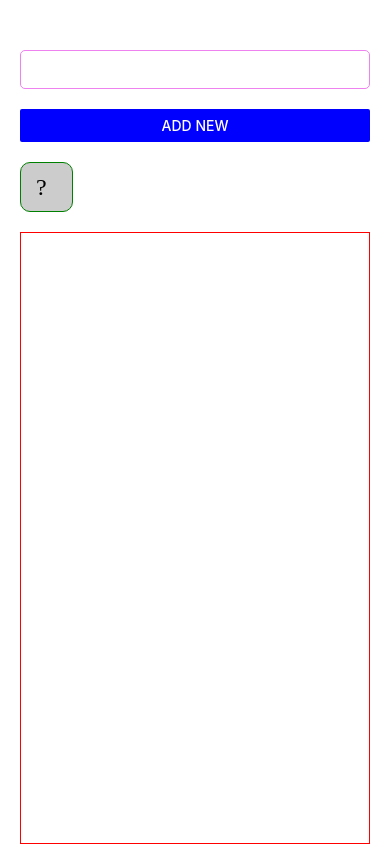
Repository: LuongPTCE181311/React-Native-Ultimate
Screen: /
The author's editor kept a copy of each file at every save. The screen is drawn from the files as they stood at one save, then again after a run of saves.
The app was drawn by React Native's web renderer in a window 390 px wide. The project was rebuilt for these pictures with package versions that can differ from the ones it lists, and the page was loaded fresh each time. Some packages were replaced by stand-ins written for this rebuild.

Above is the screen before, as saved 2026-06-16 15:24:46.

### App.tsx
import { StatusBar } from 'expo-status-bar';
import { use, useState } from 'react';
import { Button, FlatList, Keyboard, ScrollView, StyleSheet, Text, TextInput, TouchableWithoutFeedback, View } from 'react-native';
import InputTodo from './components/todo/input.todo';
import ListTodo from './components/todo/list.todo';




export default function App() {

  const [todoList, setTodoList] = useState<ITodo[]>([]);

  function randomInteger(min: number, max: number){
    return Math.floor(Math.random() * (max - min + 1)) + min;
  }

  const addTodo = (title: string) => {
    const todo = {id: randomInteger(1, 100000000), title: title}
    setTodoList([...todoList, todo])
  }

  const deleteTodo = (id: number) => {
    const newToDo = todoList.filter(todo => todo.id != id)
    setTodoList(newToDo);
  }
  return (
    <TouchableWithoutFeedback onPress={() => Keyboard.dismiss}>
      <View style={styles.container}>

        <InputTodo addTodo={addTodo}/>
        <ListTodo todoList={todoList} deleteTodo={deleteTodo}/>
      </View>
    </TouchableWithoutFeedback>
  );
}

const styles = StyleSheet.create({
  container: {
    flex: 1,
    backgroundColor: '#fff',
    // alignItems: 'center',
    // justifyContent: 'center'
    fontSize: 60,
    color: "red",
    marginTop: 10,
    paddingHorizontal: 20,
    paddingTop: 40,
  },
});

### components/todo/input.todo.tsx
import { useState } from "react";
import { Alert, Button, StyleSheet, Text, TextInput, View } from "react-native";
import AntDesign from '@expo/vector-icons/AntDesign';
import MineButton from "../button/mini.button";
const styles = StyleSheet.create({
    todoInput: {
        borderColor: "violet",
        borderWidth: 1,
        padding: 10,
        marginBottom: 20,
        borderRadius: 5
    }
})

interface IProps {
    addTodo: (v: string) => void;
}

const InputTodo = (props: IProps) => {
    const {addTodo} = props;
    const [name, setName] = useState<string>("");

    const handleAddNewTodo = () => {
        if(!name){
            Alert.alert(
                "invalid information",
                 "title nothing",
                [
                    {
                    text: 'Cancel',
                    onPress: () => console.log('Cancel Pressed'),
                        style: 'cancel',
                    },
                    {text: 'OK', onPress: () => console.log('OK Pressed')},
                ]
                )
            return;
        }
        addTodo(name);
        setName("");
    }
    return (
        <>
            <View style={{marginBottom: 20}}>
                <TextInput
                    // keyboardType='ascii-capable'
                    // multiline={true}
                    autoCapitalize="none"
                    autoCorrect={false}
                    onChangeText={value => setName(value)}
                    value={name}
                    style={styles.todoInput}/>

                <Button title='Add new'
                color={"blue"}
                onPress={handleAddNewTodo}
                />
            </View>
            <MineButton title/>
        </>
    )
}

export default InputTodo;

### components/todo/list.todo.tsx
import { FlatList, StyleSheet, Text, TouchableOpacity } from "react-native";

const styles = StyleSheet.create({
    todo: {
    fontSize: 30,
    backgroundColor: "pink",
    marginBottom: 20,
    padding: 15
  }
})

interface Iprops {
    todoList: ITodo[],
    deleteTodo: (v: number) => void;
}

const ListTodo = (props: Iprops) => {
    const {todoList, deleteTodo} = props;
    return (
        <>
        <FlatList
                style={{
                  marginTop: 20,
                  borderColor: "red",
                  borderWidth: 1,
                }}
                data={todoList}
                keyExtractor={item => item.id + ""}
                renderItem={({item}) => {
                  return (
                    <TouchableOpacity
                      onPress={() => deleteTodo(item.id)}
                    >
                      <Text key={item.id}
                        style={styles.todo}
                        >
                          {item.title}
                      </Text>
                    </TouchableOpacity>
                  )
                }}
              />
        </>
    )
}

export default ListTodo;

### components/button/mini.button.tsx
import { Pressable, StyleSheet, Text, View } from "react-native"
import AntDesign from '@expo/vector-icons/AntDesign';

const styles = StyleSheet.create({
    text: {
        textTransform: "uppercase",
    },
    btnCntainer : {
        borderWidth: 1,
        borderColor: "green",
        borderRadius: 10,
        paddingHorizontal: 15,
        paddingVertical: 10,
        flexDirection: "row",
        gap: 10,
        alignItems: "center",
        alignSelf: "flex-start",
        backgroundColor: "#ccc"
    }

})

interface IProps {
    title: string;
    onPress: any;
}

const MineButton = (props: IProps) => {
    const {title, onPress} = props;
    return (
        <Pressable
            style={({ pressed }) => ({ opacity: pressed === true ? 0.5 : 1})}
            onPress={onPress}
        >
            <View style={styles.btnCntainer}>
                <AntDesign
                    name="plus-circle"
                    size={24} color="black"
                />
                <Text style={styles.text}>{title}</Text>
            </View>
        </Pressable>
    )
}

export default MineButton

Loaded but not shown: index.ts (common file)

After the next 8 saves:
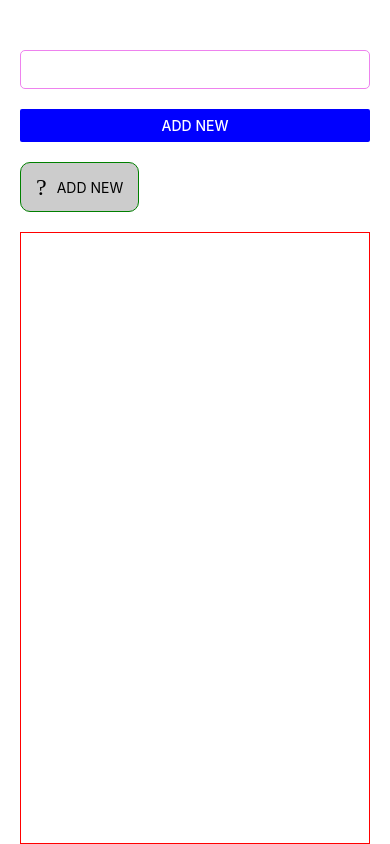
The 8 saves are shown as one change because 1 did not build or start and some came seconds apart.
The last was saved 31 s later.
--- a/components/todo/input.todo.tsx
+++ b/components/todo/input.todo.tsx
@@ -56,7 +56,7 @@ const InputTodo = (props: IProps) => {
                 onPress={handleAddNewTodo}
                 />
             </View>
-            <MineButton title/>
+            <MineButton title="add new" onPress={handleAddNewTodo}/>
         </>
     )
 }
